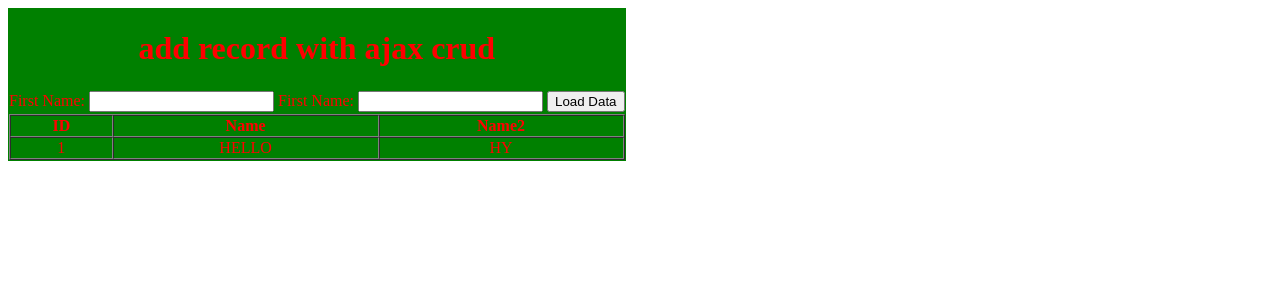
Repository: Tauqeer124/newrepo
Page: http://localhost/insertdata.php
These files come from the project's save history. The page is drawn as it stood at one moment and after a run of saves; the edit follows.
The browser window is 1280 px wide. The pictures show the whole page.
The page is run by PHP 8.4 with error messages shown; the project is at /var/www/html/.

Above is the page before, as saved 2023-04-28 12:20:24.
Console error: ReferenceError: $ is not defined

### insertdata.php
<!DOCTYPE html>
<html lang="en">
    <head>
        <title> ajax example</title>
        <style>
            #main{
                text-align: center;
                color: red;
                background-color: green;
            }
        </style>
    </head>
    <body>
        <table id="main" border="0" cellspacing="0">
            <tr >
                <td id="header">
                    <h1>add record with ajax crud</h1>
                </td>
            </tr>
            <tr>
                <td id="table-form">
                    First Name: <input type="text" id="name">
                    First Name: <input type="text" id="email">
                    <input type="button" id="load-button" value="Load Data" >
                </td>
            </tr>
            <tr>
                <td id="table-data">
                    <table border="1" cellspacing="0" cellpading="10px" width="100%" >
                        <tr>
                            <th>ID</th>
                            <th>Name</th>
                            <th>Name2</th>
                        </tr>
                        <tr>
                            <td align="center">1</td>
                            <td align="center">HELLO</td>
                            <td align="center">HY</td>
                        </tr>

                    </table>
                </td>
            </tr>
        </table>
        <script type="text/javascript" src="js/jquery.js"></script>
        <script type="text/javascript">
            $(document).ready(function(){
                $("#load-button").on("click",function(e){
                    $.ajax({
                        url: "ajaxlaod.php",
                        type:"post",
                        success: function(data){
                            $("#table-data").html(data);
                        }

                    });
                });
            });
        </script>
    </body>

</html>

Loaded but not shown: js/jquery.js (no copy from this time; the picture is the same without it)

After the next 6 saves:
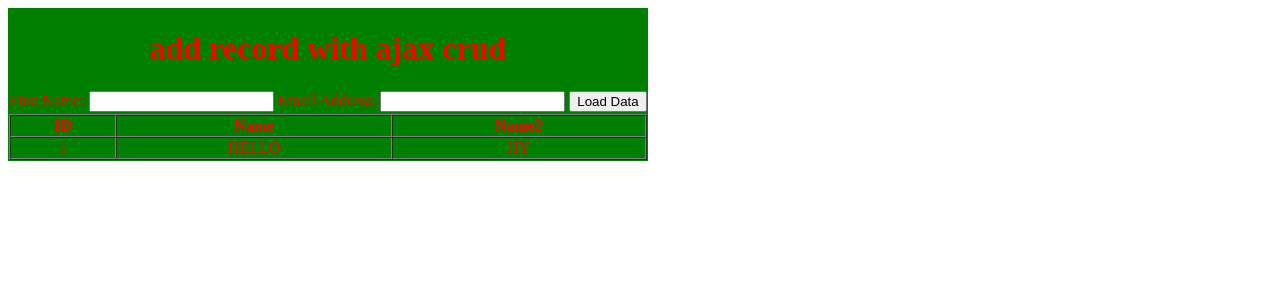
The 6 saves are shown as one change because they came seconds apart.
The last was saved 19 s later.
--- a/insertdata.php
+++ b/insertdata.php
@@ -20,7 +20,7 @@
             <tr>
                 <td id="table-form">
                     First Name: <input type="text" id="name">
-                    First Name: <input type="text" id="email">
+                    Email Address: <input type="text" id="email">
                     <input type="button" id="load-button" value="Load Data" >
                 </td>
             </tr>
